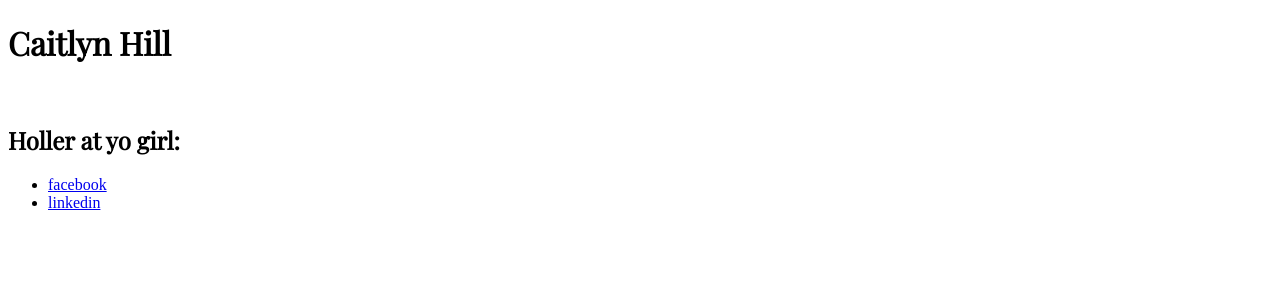
Repository: hillgang/hillgang.github.io
Page: index.html
These files come from the project's save history. The page is drawn as it stood at one moment and after the next save; the edit follows.
The browser window is 1280 px wide. The pictures show the whole page.
Some web fonts or font styles are not loaded; a fallback is used.

Above is the page before, as saved 2019-07-31 23:21:34.

### index.html
<!DOCTYPE html>
<html lang="en">
<head>
    <meta charset="UTF-8">
    <meta name="viewport" content="width=device-width, initial-scale=1.0">
    <meta http-equiv="X-UA-Compatible" content="ie=edge">
    <title>Caitlyn Hill Website</title>
    <link href="https://fonts.googleapis.com/css?family=Alice|Playfair+Display&display=swap" rel="stylesheet">
    <style>
        h1, h2 {
            font-family: 'Playfair Display', serif;

        }
        p, a, li {
            font-family: 'Alice', serif;
        }
    </style>
</head>
<body>
    <h1>Caitlyn Hill</h1>
    <br />
    <h2>Holler at yo girl:</h2>

    <ul>
        <li><a href="https://www.facebook.com/caitlyn.hill.39">facebook</a></li>
        <li><a href="https://www.linkedin.com/in/caitlyn-hill-b12409190/">linkedin</a></li>
    </ul>
</body>
</html>

After the next save:
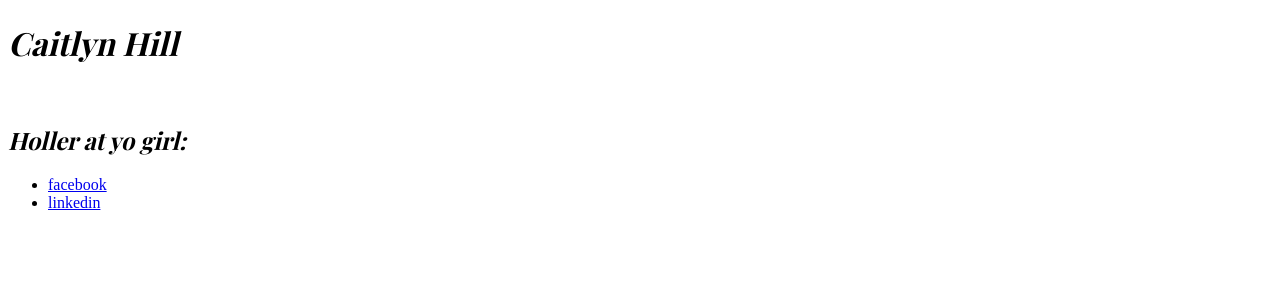
Saved 77 s later.
--- a/index.html
+++ b/index.html
@@ -5,11 +5,12 @@
     <meta name="viewport" content="width=device-width, initial-scale=1.0">
     <meta http-equiv="X-UA-Compatible" content="ie=edge">
     <title>Caitlyn Hill Website</title>
-    <link href="https://fonts.googleapis.com/css?family=Alice|Playfair+Display&display=swap" rel="stylesheet">
+    <link href="https://fonts.googleapis.com/css?family=Alice|Playfair+Display:400,400i,700,700i&display=swap" rel="stylesheet">
     <style>
         h1, h2 {
             font-family: 'Playfair Display', serif;
-
+            font-weight: 700;
+            font-style: italic;
         }
         p, a, li {
             font-family: 'Alice', serif;
